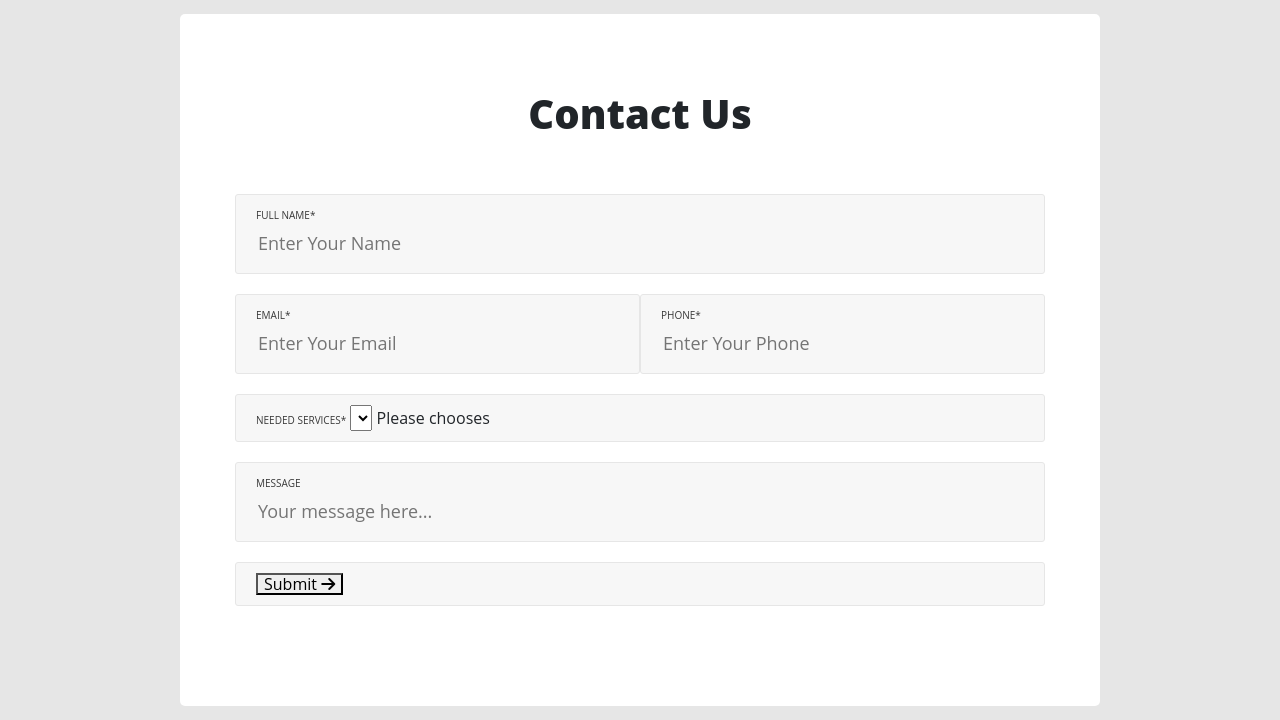
Repository: letrongtinh27/LapTrinhWeb
Page: form-contact/index.html
An editor plug-in stored every save of this project. The page is shown before and after the next save, followed by the edit.
The browser window is 1280 px wide. The pictures show the whole page.

Above is the page before, as saved 2022-10-09 11:55:55.

### form-contact/index.html
<!DOCTYPE html>
<html lang="en">
<head>
    <meta charset="UTF-8">
    <meta http-equiv="X-UA-Compatible" content="IE=edge">
    <meta name="viewport" content="width=device-width, initial-scale=1.0">
    <title>Form Contact Us</title>
    <link rel="stylesheet" href="https://cdn.jsdelivr.net/npm/bootstrap@4.3.1/dist/css/bootstrap.min.css" integrity="sha384-ggOyR0iXCbMQv3Xipma34MD+dH/1fQ784/j6cY/iJTQUOhcWr7x9JvoRxT2MZw1T" crossorigin="anonymous">
    <link rel="stylesheet" href="reset.css">
    <link rel="stylesheet" href="style.css">
    <link rel="stylesheet" href="https://cdnjs.cloudflare.com/ajax/libs/font-awesome/6.2.0/css/all.min.css" integrity="sha512-xh6O/CkQoPOWDdYTDqeRdPCVd1SpvCA9XXcUnZS2FmJNp1coAFzvtCN9BmamE+4aHK8yyUHUSCcJHgXloTyT2A==" crossorigin="anonymous" referrerpolicy="no-referrer" />
</head>
<body>
    <div class="contact">
        <h2 class="contact-title">Contact Us</h2>
        <form action="#" class="contact-form" autocapitalize="off">
            <div class="form-group">
                <label for="">FULL NAME*</label>
                <input type="text" class="form-input" placeholder="Enter Your Name">
            </div>
            <div class="form-group-2">
            <div class="form-group  alpha ">
                <label for="">EMAIL*</label>
                <input type="email" class="form-input alpha" placeholder="Enter Your Email">
            </div>
            <div class="form-group alpha">
                <label for="">PHONE*</label>
                <input type="email" class="form-input" placeholder="Enter Your Phone">
            </div>
        </div>
            <div class="form-group">
                <label for="">NEEDED SERVICES*</label>
                <select name="service" id="">
                </select>
                <span>Please chooses</span>
            </div>
            <div class="form-group">
                <label for="">MESSAGE</label>
                <input type="text" class="form-input text-area" placeholder="Your message here...">
            </div>
            <div class="form-group">
                <button class="form-submit">Submit <i class="fa-solid fa-arrow-right"></i></button>
            </div>
        </form>
    </div>
    <script src="https://code.jquery.com/jquery-3.3.1.slim.min.js" integrity="sha384-q8i/X+965DzO0rT7abK41JStQIAqVgRVzpbzo5smXKp4YfRvH+8abtTE1Pi6jizo" crossorigin="anonymous"></script>
    <script src="https://cdn.jsdelivr.net/npm/popper.js@1.14.7/dist/umd/popper.min.js" integrity="sha384-UO2eT0CpHqdSJQ6hJty5KVphtPhzWj9WO1clHTMGa3JDZwrnQq4sF86dIHNDz0W1" crossorigin="anonymous"></script>
    <script src="https://cdn.jsdelivr.net/npm/bootstrap@4.3.1/dist/js/bootstrap.min.js" integrity="sha384-JjSmVgyd0p3pXB1rRibZUAYoIIy6OrQ6VrjIEaFf/nJGzIxFDsf4x0xIM+B07jRM" crossorigin="anonymous"></script>
</body>
</html>

### form-contact/style.css
body {
    font-family: 'Open Sans',sans-serif;
    width: 100%;
    height: 100vh;
    display: flex;
    align-items: center;
    justify-content: center;
    background: #e6e6e6;
}

.contact{
   width: 100%;
   max-width: 920px;
   background-color: #ffffff;
   border-radius: 5px;
   padding: 80px 55px;
}
.contact-title{
    font-size: 40px;
    text-align: center;
    padding-bottom: 60px;
    font-weight: 800;
}

.form-group{
    margin-bottom: 20px;
    width: 100%;
    border: 1px solid #e6e6e6;
    background-color: #f7f7f7;
    border-radius: 3px;
    padding: 10px 30px 10px 20px;
}

.form-group-2 {
    display: flex;
    justify-content: space-between;
}
 .alpha {
    width: calc((100%-30px)/2);
    border: 0px 30px;
}
.form-input{
    font-family: 'Open Sans',sans-serif;
    color: #555555;
    background-color: #f7f7f7;
    width: 100%;
    padding-right: 15px;
    line-height: 1.2;
    height: 40px;
    font-size: 18px;
    outline: none;
    border: 0;
}
label {
    color: #393939;
    font-size: 10px;
    line-height: 1.5;
}
.form-submit{

}
.fa-solid{

}
.fa-arrow-right{

}

Loaded but not shown: form-contact/reset.css (common file)

After the next save:
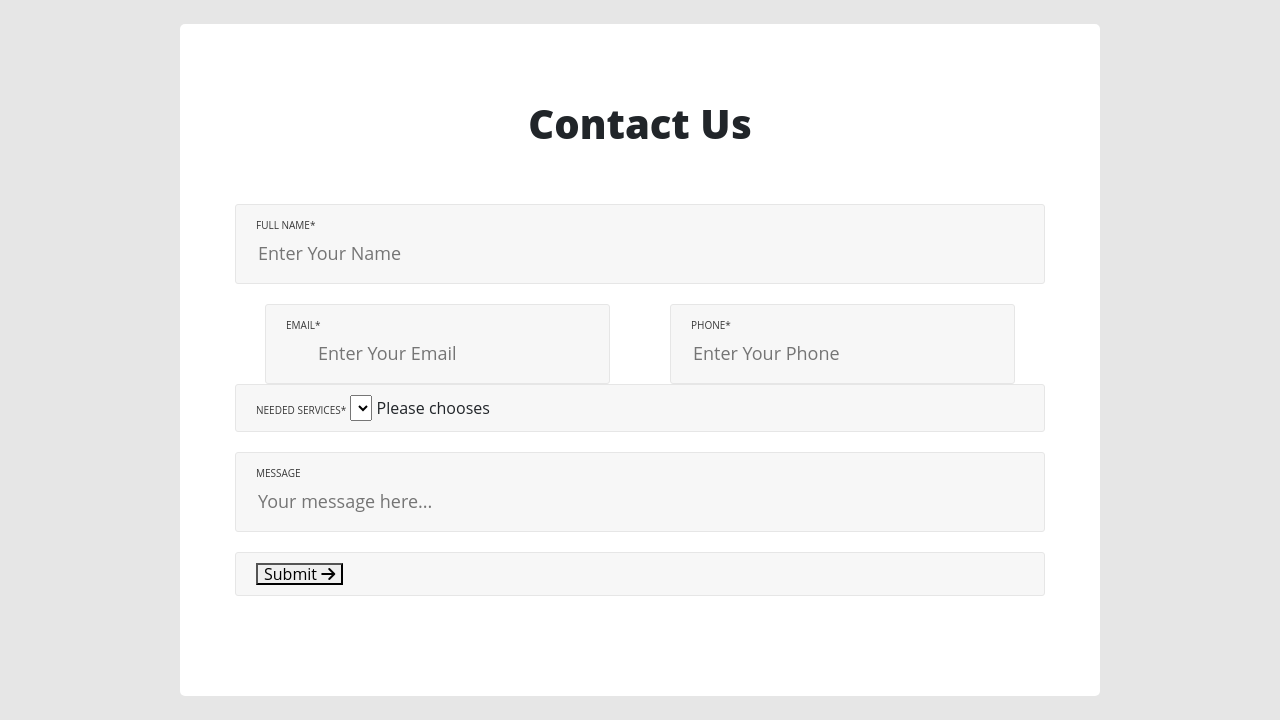
Saved 15 s later.
--- a/form-contact/style.css
+++ b/form-contact/style.css
@@ -37,7 +37,7 @@ body {
 }
  .alpha {
     width: calc((100%-30px)/2);
-    border: 0px 30px;
+    margin: 0px 30px;
 }
 .form-input{
     font-family: 'Open Sans',sans-serif;
